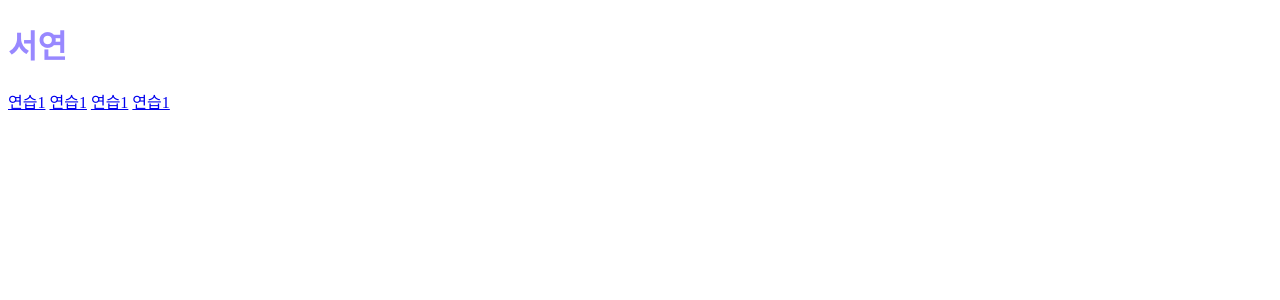
Repository: seoyeon0619/WebProgramming
Page: http://localhost/myhome1/index.jsp
The author's editor kept a copy of each file at every save. The page is drawn from the files as they stood at one save, then again after the next save.
The browser window is 1280 px wide. The pictures show the whole page.
The page is served by Tomcat 9.

Above is the page before, as saved 2022-12-29 06:19:02.

### workspace1/myhome1/src/main/webapp/index.jsp
<%@ page language="java" contentType="text/html; charset=UTF-8"
    pageEncoding="UTF-8"%>
<!DOCTYPE html>
<html>
<head>
<meta charset="UTF-8">
<title>Insert title here</title>
</head>
<body>
<%
	// 자바 코드를 둘 수 있음
	String hello = "서연";

%>
<h1 style="color: #9888ff;"><%=hello%></h1>
<a href="<%=request.getContextPath()%>/연습1.jsp">연습1</a>
<a href="<%=request.getContextPath()%>/연습1.jsp">연습1</a>
<a href="<%=request.getContextPath()%>/연습1.jsp">연습1</a>
<a href="<%=request.getContextPath()%>/연습1.jsp">연습1</a>
</body>
</html>

After the next save:
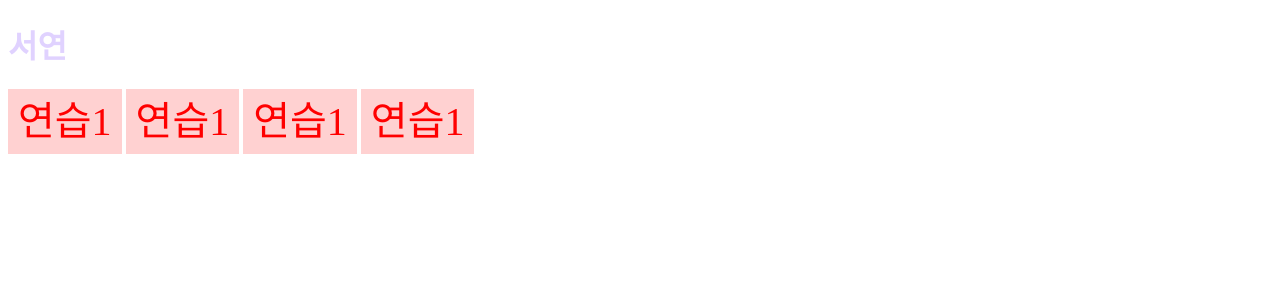
Saved 3 min 43 s later.
--- a/workspace1/myhome1/src/main/webapp/index.jsp
+++ b/workspace1/myhome1/src/main/webapp/index.jsp
@@ -5,6 +5,28 @@
 <head>
 <meta charset="UTF-8">
 <title>Insert title here</title>
+<style>
+        a{
+            width: 200px;
+            height: 120px;
+            padding: 10px 10px;
+            background-color: hsl(0, 100%, 91%);
+            font-size: 30pt;
+        }
+
+        a:link {
+            color: red;
+            text-decoration: none;
+        }
+        a:hover {
+             background-color: rgb(88, 88, 88);
+             color: aliceblue;
+        }
+
+        a:active {
+            background-color: hsl(331, 100%, 69%);
+        }
+    </style>
 </head>
 <body>
 <%
@@ -12,7 +34,7 @@
 	String hello = "서연";
 
 %>
-<h1 style="color: #9888ff;"><%=hello%></h1>
+<h1 style="color: #e0d2ff;"><%=hello%></h1>
 <a href="<%=request.getContextPath()%>/연습1.jsp">연습1</a>
 <a href="<%=request.getContextPath()%>/연습1.jsp">연습1</a>
 <a href="<%=request.getContextPath()%>/연습1.jsp">연습1</a>
